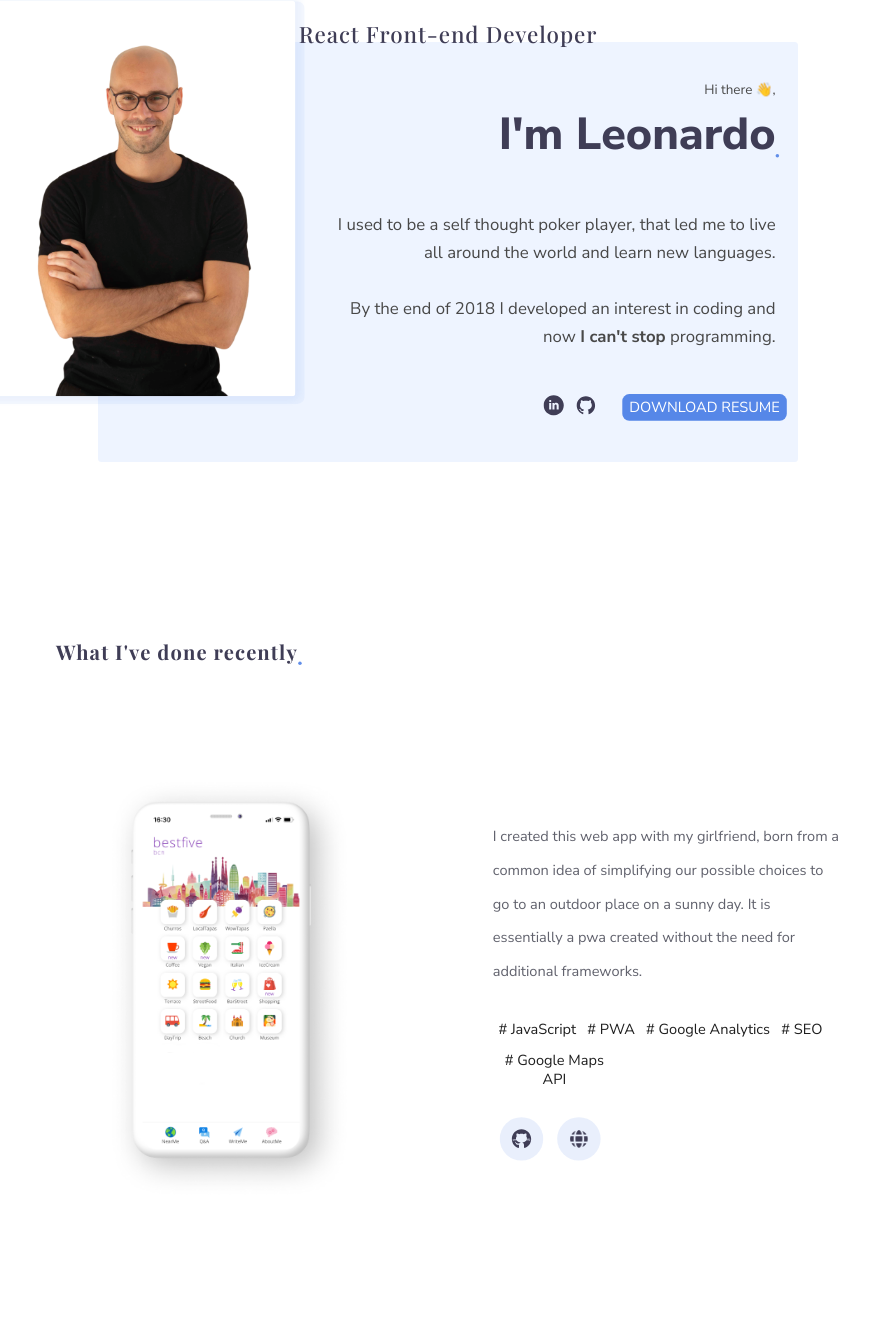
Repository: Easaaa/Portfolio-2020
Page: index.html
An editor plug-in stored every save of this project. The page is shown before and after the next save, followed by the edit.
The browser window is 1280 px wide. The pictures show the part of the page from y = 0 to 1920 px (the page is 6660 px tall), at 70% of full size.
The style sheet was rebuilt from its Sass, Less or Tailwind sources for each picture, by a compiler version that may differ from the author's.

Above is the page before, as saved 2020-02-28 16:33:49.

### index.html
<!DOCTYPE html>
<html lang="en">
  <head>
    <meta charset="UTF-8" />
    <meta name="viewport" content="width=device-width, initial-scale=1.0" />
    <meta http-equiv="X-UA-Compatible" content="ie=edge" />
    <link rel="stylesheet" href="/stylesheets/css/main.css" />
    <title>leonardotononi.com</title>
  </head>
  <body>
    <header>
      <div class="actions">
        <div class="socials">
          <a target="_blank" href="https://www.linkedin.com/in/leonardo-tononi/"
            ><img src="/assets/linkedin-with-circle.svg" alt="linkedin icon"
          /></a>
          <a target="_blank" href="https://github.com/Easaaa"
            ><img src="/assets/github-filled.svg" alt="github icon"
          /></a>
        </div>
        <div class="resume-btn">
          <a href="/CV ENG - 02:2020.pdf" download>Download Resume</a>
        </div>
      </div>

      <div class="content-header">
        <div class="text-header-col">
          <p class="sub-title">Hi there 👋,</p>
          <h1>
            I'm Leonardo
          </h1>
          <p class="about-title">
            I like learn <br />
            I’m indipendent <br />
            I’m courious
          </p>
          <p class="about-title-desktop">
            I used to be a self thought poker player, that led me to live all
            around the world and learn new languages. <br /><br />

            By the end of 2018 I developed an interest in coding and now
            <strong>I can't stop</strong> programming.
          </p>
          <div class="actions-desktop">
            <div class="socials">
              <a
                target="_blank"
                href="https://www.linkedin.com/in/leonardo-tononi/"
                ><img src="/assets/linkedin-with-circle.svg" alt="linkedin icon"
              /></a>
              <a target="_blank" href="https://github.com/Easaaa"
                ><img src="/assets/github-filled.svg" alt="github icon"
              /></a>
            </div>
            <div class="resume-btn">
              <a href="/CV ENG - 02:2020.pdf" download>Download Resume</a>
            </div>
          </div>
          <h4>React Front-end Developer</h4>
        </div>
        <img
          src="/assets/leo-black.png"
          class="image-me-desktop"
          alt="leonardo photo"
        />
      </div>
    </header>
    <section class="works-section">
      <h2>
        What I've done recently
      </h2>
      <div class="work">
        <img src="/assets/bestfive.png" alt="iphone mockup" class="iphone" />
        <div class="work-details">
          <p>
            I created this web app with my girlfriend, born from a common idea
            of ​​simplifying our possible choices to go to an outdoor place on a
            sunny day. It is essentially a pwa created without the need for
            additional frameworks.
          </p>
          <ul class="lan-tag">
            <li># JavaScript</li>
            <li># PWA</li>
            <li># Google Analytics</li>
            <li># SEO</li>
            <li style="width: 11rem;"># Google Maps API</li>
          </ul>
          <div class="project-links">
            <a target="_blank" href="https://github.com/Easaaa/Bestfive-bcn"
              ><img src="/assets/github.svg" alt="git hub icon"
            /></a>
            <a target="_blank" href="https://bestfivebcn.com"
              ><img src="/assets/web.png" alt="world icon"
            /></a>
          </div>
        </div>
      </div>
      <div class="work odds">
        <img
          src="/assets/toureo-admin.png"
          alt="laptop mockup"
          class="desktop"
        />
        <div class="work-details">
          <p>
            After creating the first application and having hard coded the data,
            clearly not the smartest thing, I thought of creating an
            administration page from where I can create and manage the data from
            the database and then pull it from the mobile web app.
            <em
              >If you want have a look, write me an email, because you need the
              access.</em
            >
          </p>
          <ul class="lan-tag">
            <li># React.js</li>
            <li style="width: 10rem;"># Firebase Auth</li>
            <li># Firestore</li>
          </ul>
          <div class="project-links">
            <a
              target="_blank"
              href="https://github.com/Easaaa/admin-app-bestfive"
              ><img src="/assets/github.svg" alt="git hub icon"
            /></a>
            <a target="_blank" href="https://bestfivebcn.netlify.com/"
              ><img src="/assets/web.png" alt="world icon"
            /></a>
          </div>
        </div>
      </div>
      <div class="work">
        <img
          src="/assets/hotel-vittoria.png"
          alt="laptop mockup"
          class="desktop"
        />
        <div class="work-details">
          <p>
            This project with a italian hotel was my first approach to
            programming. In 2018 I made a web site with multilingual support
            with plain Html, css and JavaScript. On this
            <a target="_blank" href="https://vittoriahotel.eu">link</a> you can
            see the previous web and below you can see the new web app that is
            nearly ready to be deployed and so how my skills and tastes have
            evolved.
          </p>
          <ul class="lan-tag">
            <li># Gatsby.js</li>
            <li># Mobile View</li>
            <li># Booking.com API</li>
          </ul>
          <div class="project-links">
            <a
              target="_blank"
              href="https://github.com/Easaaa/hotel-vittoria-2020"
              ><img src="/assets/github.svg" alt="git hub icon"
            /></a>
            <a target="_blank" href="https://hotelvittoria.netlify.com/"
              ><img src="/assets/web.png" alt="world icon"
            /></a>
          </div>
        </div>
      </div>
      <div class="work odds">
        <img
          src="/assets/books-manager.png"
          alt="laptop mockup"
          class="desktop"
        />
        <div class="work-details">
          <p>
            This is a simple project made with react redux to test my
            understanding and the power of this stack.
          </p>
          <ul class="lan-tag">
            <li># React.js</li>
            <li># Redux</li>
            <li># Firebase Auth</li>
            <li># Google Books APIs</li>
          </ul>
          <div class="project-links">
            <a target="_blank" href="https://github.com/Easaaa/Book-manager"
              ><img src="/assets/github.svg" alt="git hub icon"
            /></a>
            <a target="_blank" href="https://books-manager.netlify.com/"
              ><img src="/assets/web.png" alt="world icon"
            /></a>
          </div>
        </div>
      </div>
      <h2>
        What I'm currently working on
      </h2>
      <div class="work">
        <img
          src="/assets/toureo-proto.png"
          alt="iphone mockup"
          class="iphone"
        />
        <div class="work-details">
          <p>
            I am recreating the first application (bestfive). The aim is to
            create the application with React Native, building more complex
            features, such as a more functional map, with filters and better
            interactions.
          </p>
          <ul class="lan-tag">
            <li># ReactNative</li>
            <li># Firebase</li>
          </ul>
          <div class="project-links"></div>
        </div>
      </div>
    </section>
    <section class="skill-section">
      <h2>
        Skills
      </h2>
      <ul class="skills">
        <li><img src="/assets/icon-skills/javascript.svg" alt="" /></li>
        <li><img src="/assets/icon-skills/react.svg" alt="" /></li>
        <li><img src="/assets/icon-skills/redux.svg" alt="" /></li>
        <li><img src="/assets/icon-skills/gatsby.svg" alt="" /></li>
        <li><img src="/assets/icon-skills/firebase.svg" alt="" /></li>
        <li><img src="/assets/icon-skills/sass.svg" alt="" /></li>
        <li><img src="/assets/icon-skills/html-5.svg" alt="" /></li>
        <li><img src="/assets/icon-skills/css-3.svg" alt="" /></li>
        <li><img src="/assets/icon-skills/logo-pwa.svg" alt="" /></li>
        <li><img src="/assets/icon-skills/figma.svg" alt="" /></li>
      </ul>
    </section>

    <section class="about">
      <h2>About me</h2>
      <p>
        I have <strong>two year</strong> of experience in web developing and I’m
        a self though programmer. I’m proficient with <strong>React</strong> and
        I can say to have built solid basis to deal with this framework. I also
        know how to deal with <strong>Redux and Gatsby.</strong>
      </p>
      <img src="/assets/leo-black.png" alt="leonardo image" />
      <p>
        I fell to enjoy the power of those technology and currently I also
        started studying <strong>ReactNative</strong>. I really like having to
        deal with new challenges and <strong>problems</strong> to
        <strong>solve</strong>, I am not afraid to learn new things.
      </p>
    </section>
    <footer>
      <h2>How to contact me</h2>
      <p>
        I am available for freelancer jobs and to work in your company. If you
        think I would be a good fit for you, send me an email.
      </p>
      <a href="mailto:leonardotononi@gmail.com" target="_top">
        <h5>leonardotononi@gmail.com</h5></a
      >
      <a href="/CV ENG - 02:2020.pdf" download>Download resume</a>
      <div class="social-links">
        <a target="_blank" href="https://www.linkedin.com/in/leonardo-tononi/"
          ><img src="/assets/linkedin-with-circle.svg" alt="linkedin icon"
        /></a>
        <a target="_blank" href="https://github.com/Easaaa"
          ><img src="/assets/github-filled.svg" alt="github icon"
        /></a>
      </div>
    </footer>
  </body>
</html>

### stylesheets/scss/main.scss
@import url("https://fonts.googleapis.com/css?family=Nunito+Sans:400,600,700,800&display=swap");
@import url("https://fonts.googleapis.com/css?family=Playfair+Display:500,700&display=swap");

* {
  padding: 0;
  margin: 0;
  box-sizing: border-box;
}

html {
  height: 100%;
  font-family: "Nunito Sans", sans-serif;
  -ms-text-size-adjust: 100%;
  -webkit-text-size-adjust: 100%;
}

body {
  width: 100%;
  height: 100%;
  -webkit-font-smoothing: antialiased;
  -moz-osx-font-smoothing: grayscale;
  font-size: 16px;
  display: block;
  min-width: 100%;
  margin-right: auto;
  margin-left: auto;
  float: right;
  clear: none;
  color: #1e1e1e;
  font-style: normal;
}

// GENERAL STYLE

ul li {
  list-style: none;
}

h2 {
  font-size: 1.8rem;
  color: #3f3d56;
  font-weight: 900;
  position: relative;
  font-family: "Playfair Display", serif;
  letter-spacing: 1.6px;

  &:after {
    content: "";
    width: 5px;
    height: 5px;
    background-color: #618ee9;
    border-radius: 50%;
    bottom: 0;
    position: absolute;
  }
}

a {
  cursor: pointer;
}

// HEADER

header {
  width: 100%;
  padding: 1rem 0;
  height: 100vh;

  .actions-desktop {
    display: none
  }

  .actions {
    padding: 0 1rem;
    width: 100%;
    display: flex;
    justify-content: space-between;

    img {
      margin: 0 5px;
      width: 30px;
    }

    .resume-btn {
      padding-top: 4px;

      a {
        background-color: #5687E8;
        padding: 5px 10px;
        border-radius: 10px;
        color: #fff;
        text-decoration: none;
        text-transform: uppercase;
        transition: background-color 150ms ease-in-out;

        &:hover {
          background-color: #4670c5;
        }
      }
    }
  }

  .content-header {
    padding: 3rem 0;
    border-radius: 5px;
    height: 450px;
    top: 50%;
    position: relative;
    margin-top: -225px;

    .sub-title {
      font-size: 1.2rem;
      padding: 0 2rem;
    }

    .about-title-desktop {
      display: none;
    }
  }

  h1 {
    color: #3f3d56;
    font-size: 2.5rem;
    text-align: end;
    font-weight: 900;
    padding: 0 2rem;
    position: relative;

    &:after {
      content: "";
      width: 5px;
      height: 5px;
      background-color: #618ee9;
      border-radius: 50%;
      bottom: 0.7rem;
      position: absolute;
    }
  }

  h4 {
    color: #3f3d56a1;
    padding: 1rem 2rem;
    font-size: 1.7rem;
    text-align: end;
    color: #618EE9;
  }

  p {
    color: #484848;
    text-align: end;
    font-weight: 400;
    font-size: 1.7rem;
    padding: 1rem 2rem;
    line-height: 2.5rem;
    margin: 0;
  }

  .socials-header {
    padding: 3rem 1rem 0rem 1rem;

    a img {
      width: 30px;
    }
  }



  .image-me-desktop,
  .image-me-mobile {
    max-width: 80%;
    margin: 0 auto -6px 20px;
    mix-blend-mode: normal;
  }

  .image-me-desktop {
    display: none;
  }
}

// WORKS

.works-section {
  max-width: 1400px;
  margin: 0 auto;
  padding: 1rem 2rem;

  img {
    width: 100%;
    margin: 0 auto;
    max-width: 450px;
    display: block;
    object-fit: cover;
    transition: transform 150ms ease-in;

    &:hover {
      transform: scale(1.05);
    }
  }

  .work {
    padding: 5rem 0;

    em {
      font-weight: 100;
    }

    .project-links {
      padding: 1rem 0;
      display: inline-flex;

      a {
        padding: 1rem;
        color: #fff;
        background-color: #618ee924;
        margin: 0 10px;
        border-radius: 50%;
      }

      img {
        width: 30px;
      }
    }
  }

  .iphone {
    width: 70%;
  }

  .desktop {
    max-width: 700px;
  }

  p {
    color: #61626d;
    padding: 1.3rem 0;
    line-height: 35px;
    font-size: 1.3rem;

    a {
      color: #5687e8;
    }
  }

  .lan-tag {
    padding: 1rem 0;
    display: flex;
    flex-wrap: wrap;
    justify-content: flex-start;

    li {
      padding: 0.5rem;
      font-size: 1.3rem;
      text-align: center;
      border-radius: 40px;
    }

    .js {
      background-color: #f7df1e;
    }

    .react {
      background-color: #00d8ff;
    }

    .firebase {
      background-color: #fcca3f;
    }

    .redux {
      background-color: #764abc;
    }

    .pwa {
      background-color: #a34a4a;
      color: #fff;
    }
  }
}

// ABOUT

.about {
  padding: 2rem;

  h2 {
    margin-bottom: 2rem;
  }

  img {
    width: 100%;
    margin-bottom: 2rem;
    background: #c1d6ff;
    border-radius: 5px;
  }

  p {
    color: #61626d;
    text-align: start;
    font-weight: 400;
    line-height: 2.5rem;
    padding-bottom: 2rem;
    font-size: 1.3rem;
  }
}

// SKILLS

.skill-section {
  padding: 5rem 2rem;

  h2 {
    margin-bottom: 2rem;
  }

  .skills {
    display: flex;
    flex-wrap: wrap;
    justify-content: space-evenly;

    li {
      width: 100px;
      text-align: center;
      padding: 1rem;

      img {
        width: 40px;
      }
    }
  }
}

// FOOTER

footer {
  padding: 2rem;

  h2 {
    margin-bottom: 2rem;
  }

  p {
    color: #61626d;
    text-align: start;
    font-weight: 400;
    line-height: 2.5rem;
    padding-bottom: 2rem;
    font-size: 1.3rem;
  }

  h5 {
    font-size: 1.2rem;
    font-weight: 400;
    color: #5687e8;
    padding-bottom: 2rem;
  }

  a {
    color: #5687e8;
  }

  .social-links {
    padding: 2rem 0;
    width: 100%;
    text-align: start;

    img {
      width: 30px;
      margin-right: 10px;
      color: #3f3d56;
    }

    a {
      text-decoration: none;
      color: #3f3d56;
    }
  }
}

@media only screen and (min-width: 700px) {
  body {
    font-size: 1.3rem;
  }

  header {
    max-width: 750px;
    margin: 0 auto;
  }

  .works-section {
    padding: 5rem;

    .odds:last-of-type {
      padding: 3rem 0;
    }

    .work {
      padding: 10rem 0;

      p {
        line-height: 3rem;
      }
    }

    .desktop {
      padding-bottom: 4rem;
    }
  }

  .skill-section {
    padding: 5rem 2rem;

    .skills li img {
      width: 50px;
    }
  }

  footer {
    padding: 12rem 2rem;

    max-width: 1000px;
    margin: 0 auto;

  }
}

@media only screen and (min-width: 1200px) {

  header {
    max-width: 1000px;
    padding: 4rem 0;

    .actions {
      display: none;
    }

    .actions-desktop {
      padding: 0 1rem;
      width: 100%;
      display: flex;
      justify-content: flex-end;

      img {
        margin: 0 5px;
        width: 30px;
        transition: transform 50ms ease-in;
      }

      .socials {
        padding-right: 2rem;

        img:hover {
          transform: scale(1.1);
        }
      }

      .resume-btn {
        padding-top: 4px;

        a {
          background-color: #5687E8;
          padding: 5px 10px;
          border-radius: 10px;
          color: #fff;
          text-decoration: none;
          text-transform: uppercase;
          transition: background-color 150ms ease-in-out;

          &:hover {
            background-color: #4670c5;
          }
        }
      }
    }

    h1 {
      font-size: 4rem;
    }

    h4 {
      font-size: 2rem;
      font-weight: 400;
      width: 800px;
      letter-spacing: 1.3px;
      text-align: center;
      position: fixed;
      left: 50%;
      z-index: 3;
      font-family: "Playfair Display", serif;
      background: transparent;
      top: 10px;
      margin-left: -400px;
      border-radius: 5px;
      color: #3f3d56;
    }

    p {
      font-size: 1.5rem;
    }

    .content-header {
      padding: 3rem 0;
      border-radius: 5px;
      height: 600px;
      top: 50%;
      position: relative;
      margin-top: -300px;
      background: #eef4ff;

      .about-title-desktop {
        display: inline-block;
        padding: 4rem 2rem;
        margin-left: 300px;
      }

      .about-title {
        display: none;
      }

      .image-me-desktop {
        display: inline-block;
        position: absolute;
        bottom: 100px;
        left: -180px;
        box-shadow: 8px 6px 0px 5px #5687e80f, -3px -3px 9px 10px #5687e812;
        background: #ffffff;
        border-radius: 5px;
      }
    }


  }


  .image-me-mobile {
    display: none;
  }



  .works-section {
    padding: 12rem 5rem;

    .work {
      display: grid;
      grid-template-columns: 1fr 1fr;
      grid-gap: 8rem;
      place-content: center;
      place-items: center;

      .lan-tag {
        justify-content: flex-start;
      }
    }

    .odds {
      img {
        order: 2;
      }

      p {
        text-align: end;
      }

      .lan-tag {
        justify-content: flex-end;
      }

      .project-links {
        justify-content: flex-end;
        width: 100%;
      }
    }
  }

  .about {
    display: none;
  }

  .skill-section {
    max-width: 1000px;
    background-color: #d7dce44a;
    margin: 0 auto;
  }
}

After the next save:
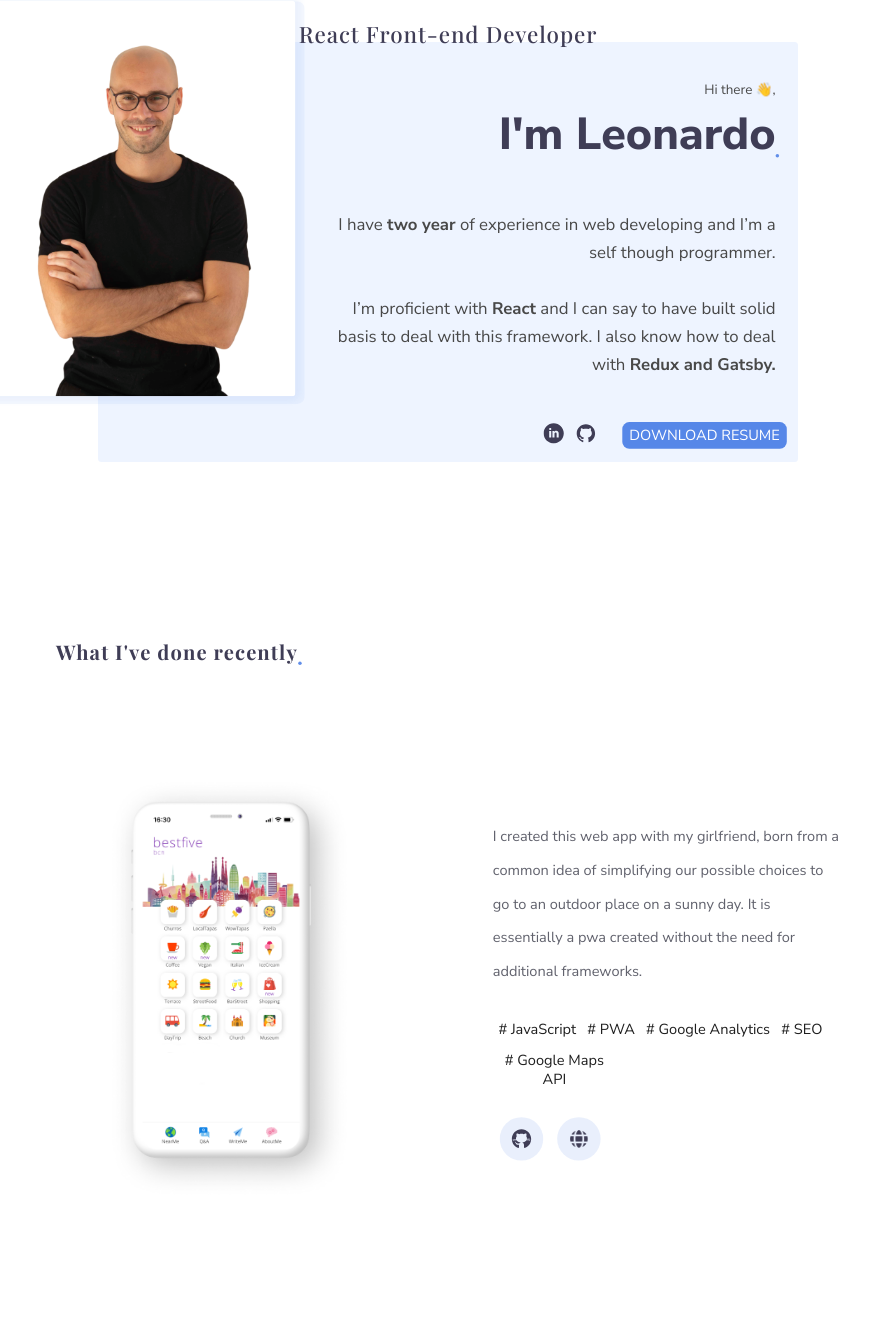
Saved 48 s later.
--- a/index.html
+++ b/index.html
@@ -35,11 +35,11 @@
             I’m courious
           </p>
           <p class="about-title-desktop">
-            I used to be a self thought poker player, that led me to live all
-            around the world and learn new languages. <br /><br />
-
-            By the end of 2018 I developed an interest in coding and now
-            <strong>I can't stop</strong> programming.
+            I have <strong>two year</strong> of experience in web developing and
+            I’m a self though programmer. <br /><br />
+            I’m proficient with <strong>React</strong> and I can say to have
+            built solid basis to deal with this framework. I also know how to
+            deal with <strong>Redux and Gatsby.</strong>
           </p>
           <div class="actions-desktop">
             <div class="socials">
